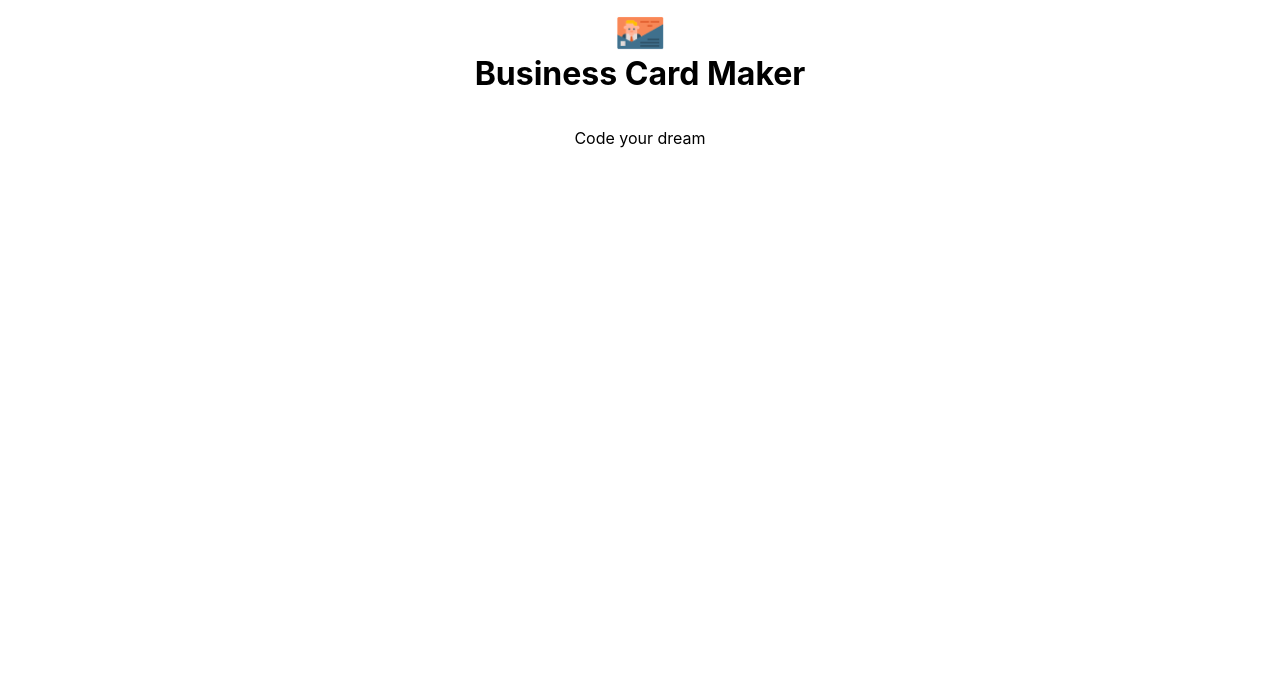
Repository: keehoonjung/Card_Maker
Page: /main
The author's editor kept a copy of each file at every save. The page is drawn from the files as they stood at one save, then again after the next save.
The browser window is 1280 px wide. The pictures show the whole page.
The page's requests for data from a server got no answer. The project was rebuilt for these pictures with package versions that can differ from the ones it lists, and the page was loaded fresh each time. No one was signed in, and anything a server would have sent is missing. Also part of the build but not shown: src/components/login/login.module.css, src/components/login/login.jsx, src/app.module.css.

Above is the page before, as saved 2021-09-08 16:17:30.

### public/index.html
<!DOCTYPE html>
<html lang="en">
  <head>
    <meta charset="utf-8" />
    <link rel="icon" href="%PUBLIC_URL%/favicon.ico" />
    <meta name="viewport" content="width=device-width, initial-scale=1" />
    <meta name="theme-color" content="#000000" />
    <meta
      name="description"
      content="Web site created using create-react-app"
    />
    <link rel="apple-touch-icon" href="%PUBLIC_URL%/logo192.png" />
    <title>App</title>
  </head>
  <body>
    <noscript>You need to enable JavaScript to run this app.</noscript>
    <div id="root"></div>
  </body>
</html>

### src/index.js
import React from "react";
import ReactDOM from "react-dom";
import "./index.css";
import App from "./app";
import AuthService from "./service/auth_service";

const authService = new AuthService();

ReactDOM.render(
  <React.StrictMode>
    <App authService={authService} />
  </React.StrictMode>,
  document.getElementById("root")
);

### src/app.jsx
import React from "react";
import Login from "./components/login/login";
import styles from "./app.module.css";
import { BrowserRouter, Switch, Route } from "react-router-dom";
import CardMaker from "./components/card_maker/card_maker";

const App = ({ authService }) => {
  return (
    <BrowserRouter>
      <Switch>
        <Route path={["/", ".home"]} exact>
          <section className={styles.container}>
            <Login authService={authService} />
          </section>
        </Route>
        <Route path="/main">
          <CardMaker authService={authService} />
        </Route>
      </Switch>
    </BrowserRouter>
  );
};

export default App;

### src/service/auth_service.js
import firebase from "firebase";
import firebaseApp from "./firebase";
import { getAuth, signOut } from "firebase/auth";

class AuthService {
  login(providerName) {
    const authProvider = new firebase.auth[`${providerName}AuthProvider`]();
    return firebaseApp.auth().signInWithPopup(authProvider);
  }

  logout() {
    return firebaseApp //
      .auth()
      .signOut()
      .then(console.log("ot"));
  }
}

export default AuthService;

### src/components/card_maker/card_maker.jsx
import React from "react";
import Footer from "../footer/footer";
import Header from "../header/header";
import styles from "./card_maker.module.css";

const CardMaker = (props) => {
  return (
    <>
      <Header />
      <section className={styles.main}></section>
      <Footer />
    </>
  );
};

export default CardMaker;

### src/service/firebase.js
import firebase from "firebase";

const firebaseConfig = {
  apiKey: process.env.REACT_APP_FIREBASE_API_KEY,
  authDomain: process.env.REACT_APP_FIREBASE_AUTH_DOMAIN,
  projectId: process.env.REACT_APP_FIREBASE_PROJECT_ID,
};

const firebaseApp = firebase.initializeApp(firebaseConfig);

export default firebaseApp;

### src/components/footer/footer.jsx
import React from "react";
import styles from "./footer.module.css";

const Footer = (props) => (
  <footer className={styles.footer}>
    <p>Code your dream</p>
  </footer>
);

export default Footer;

### src/components/header/header.jsx
import React from "react";
import styles from "./header.module.css";

const Header = ({ authService }) => {
  const onLogout = () => {
    authService.logout();
  };

  return (
    <header className={styles.head}>
      {authService && (
        <button onClick={onLogout} className={styles.logout}>
          Logout
        </button>
      )}
      <img className={styles.logo} src="./images/logo.png" alt="main_logo" />
      <h1 className={styles.title}> Business Card Maker</h1>
    </header>
  );
};

export default Header;

### src/components/card_maker/card_maker.module.css
.main {
  width: 100%;
  height: 50%;
}

### src/components/footer/footer.module.css
@value makerGreen,makerWhite from "/src/common/colors.css";

.footer {
  width: 100%;
  text-align: center;
  font-size: 1rem;
  padding: 0.2rem;
  background-color: makerGreen;
  color: makerWhite;
}

### src/components/header/header.module.css
@value makerGreen,makerWhite from "/src/common/colors.css";

.head {
  position: relative;
  width: 100%;
  text-align: center;
  padding: 1rem;
  background-color: makerGreen;
  color: makerWhite;
}

.logo {
  width: 3rem;
}

.title {
  font-size: 2rem;
  margin: 0;
}

.logout {
  position: absolute;
  top: 1rem;
  right: 1rem;
  padding: 0.5rem 0.3rem;
  outline: none;
  border: 1px solid black;
  color: makerWhite;
  background-color: black;
  border-radius: 0.2rem;
}

Loaded but not shown: src/index.css (common file)

After the next save:
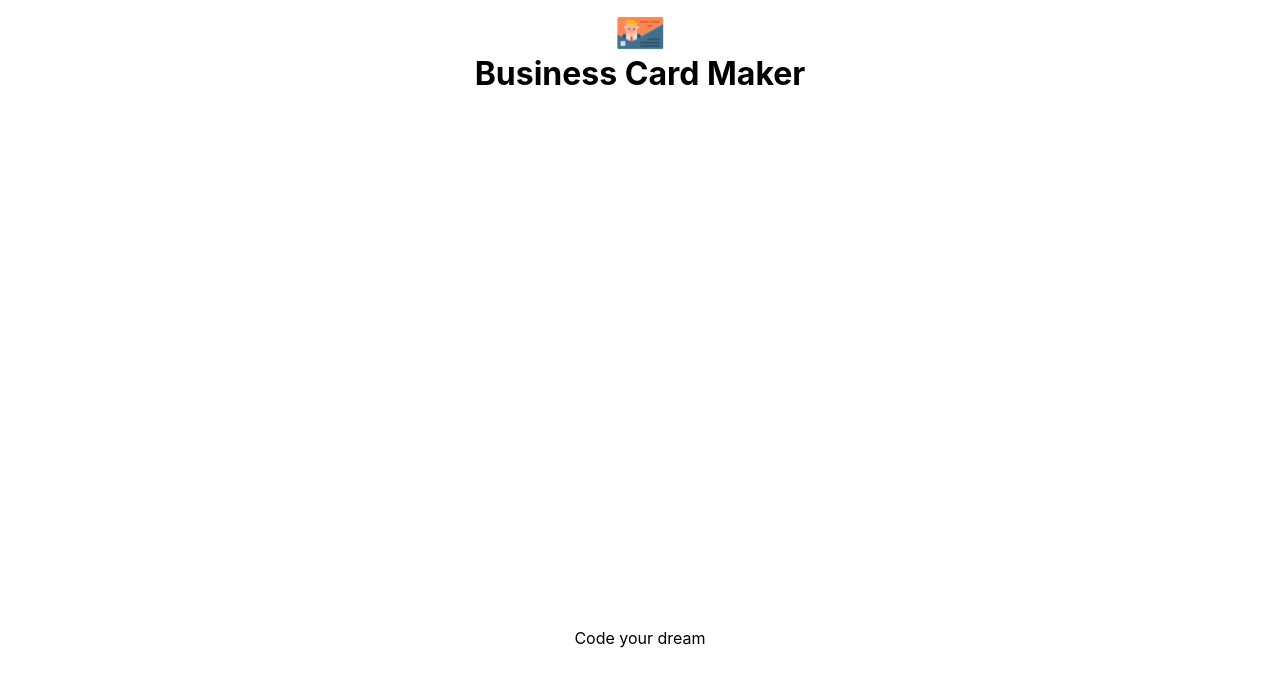
Saved 33 s later.
--- a/src/components/card_maker/card_maker.module.css
+++ b/src/components/card_maker/card_maker.module.css
@@ -1,4 +1,4 @@
 .main {
   width: 100%;
-  height: 50%;
+  height: 500px;
 }
